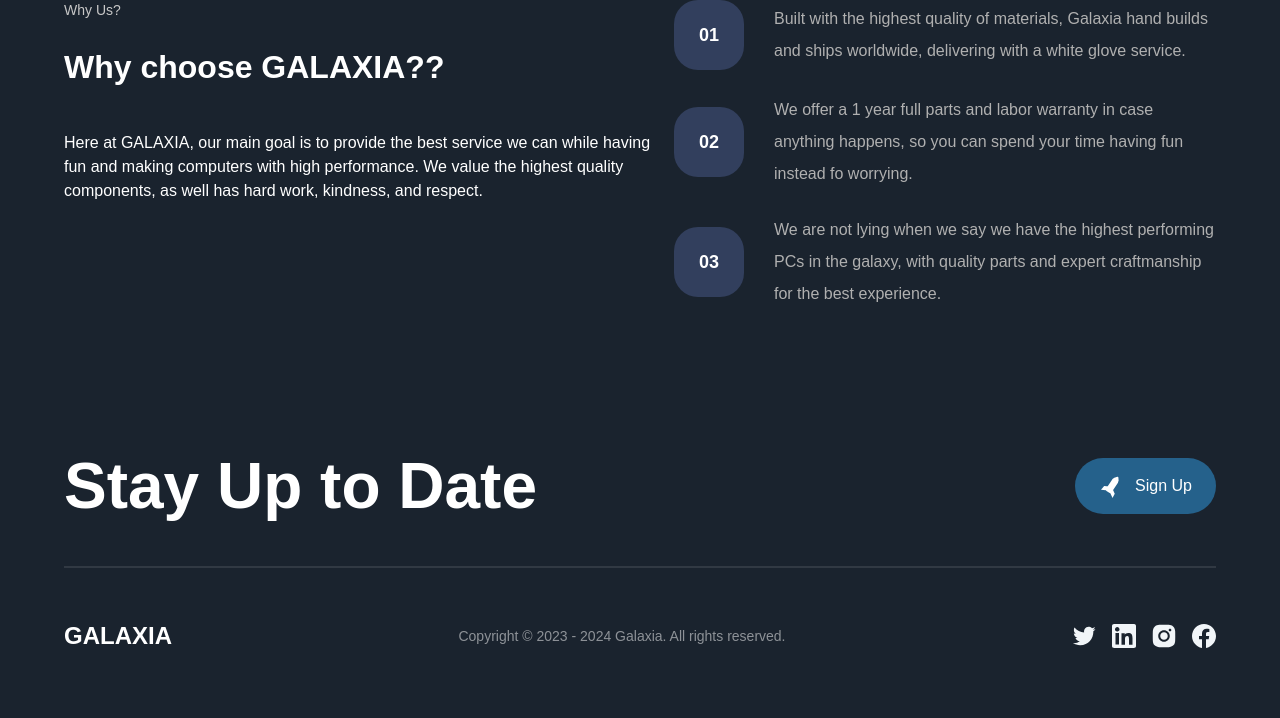
Repository: kaitlynlie/galaxia_pcs
Page: /
An editor plug-in stored every save of this project. The page is shown before and after the next save, followed by the edit.
The browser window is 1280 px wide. The pictures show the part of the page from y = 2754 to 3498 px (the page is 3472 px tall before and 3498 px after).
Some web fonts or font styles are not loaded; a fallback is used. The project was rebuilt for these pictures with package versions that can differ from the ones it lists, and the page was loaded fresh each time. Also part of the build but not shown: vite.config.js, components/PCcard.jsx, sections/Neptune.jsx, sections/Jupiter.jsx, sections/People.jsx, src/assets/index.js, sections/Video.jsx, sections/Program.jsx and 4 more. Imported but missing from the stored project, and not drawn on this page: src/assets/video.mp4.

Above is the page before, as saved 2023-08-09 19:13:20.

After the next save:
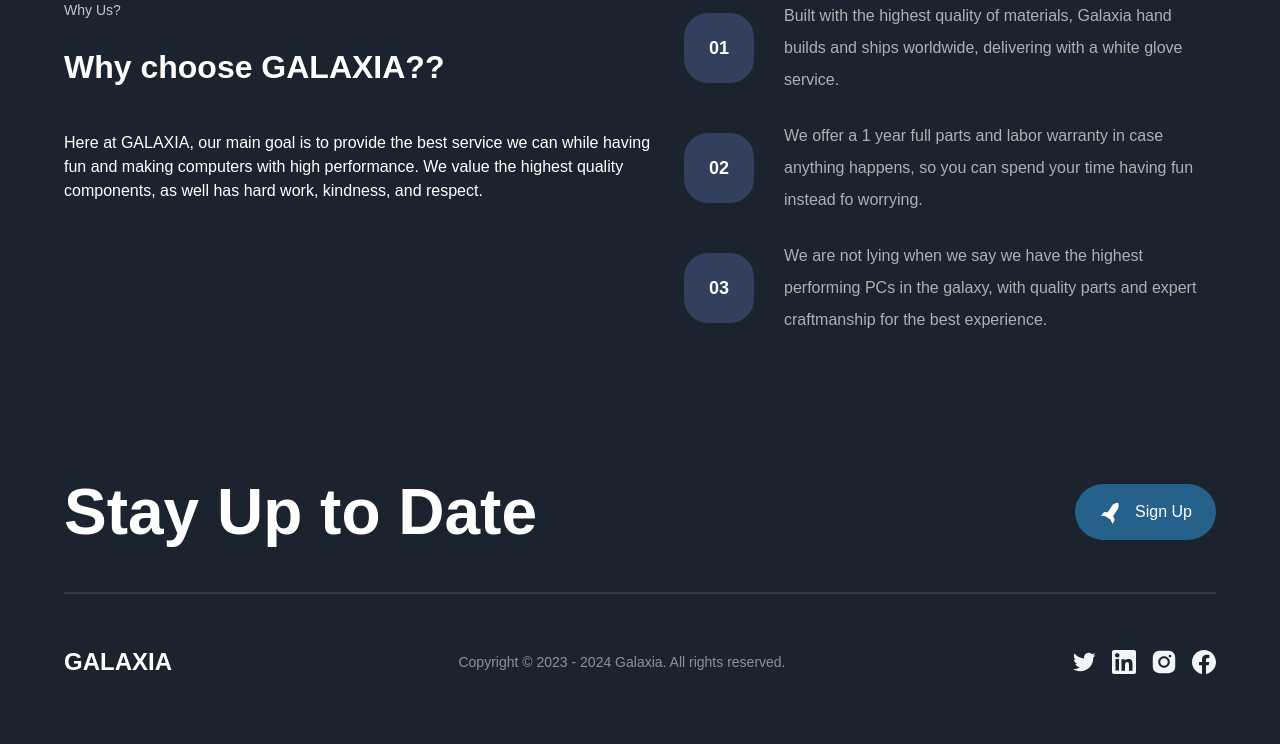
Saved 6 s later.
--- a/sections/WhyUs.jsx
+++ b/sections/WhyUs.jsx
@@ -27,7 +27,7 @@
 
         <motion.div
           variants={fadeIn('left', 'tween', 0.2, 1)}
-          className="flex justify-center">
+          className="flex justify-center gap-[10px]">
             <div className="flex flex-col max-w-[610px]">
               <TypingText title="Why Us?" />
               <TitleText title={<>Why choose GALAXIA??</>} />
